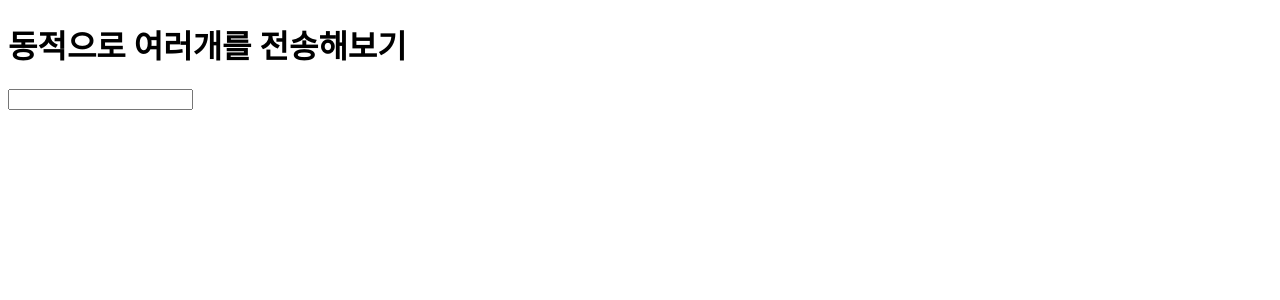
Repository: SanctusAlbino/Jsp_Servlet
Page: http://localhost/04.Implicit/Ex01_Request/Ex02_Request.jsp
These files come from the project's save history. The page is drawn as it stood at one moment and after the next save; the edit follows.
The browser window is 1280 px wide. The pictures show the whole page.
The page is served by Tomcat 9. Other server files are loaded and not shown.

Above is the page before, as saved 2023-05-22 02:37:53.

### 04.Implicit/src/main/webapp/Ex01_Request/Ex02_Request.jsp
<%@ page language="java" contentType="text/html; charset=UTF-8"
    pageEncoding="UTF-8"%>
<!DOCTYPE html>
<html>
<head>
<meta charset="UTF-8">
<title>Insert title here</title>
</head>
<body>
	<h1>동적으로 여러개를 전송해보기</h1>
	<!-- 파라메터를 30개 보낼수 있는 구조를 만들기
		name1.....name30까지를 보낼예정
		요청할 서블릿 Ex02_Request
		Ex02_Request에서는 파라메터 name1~30까지를 쭉 출력하기
		 -->
	<form action="../Ex02_Request">
	<input type="text" name='name1'>
	</form>

</body>
</html>

After the next save:
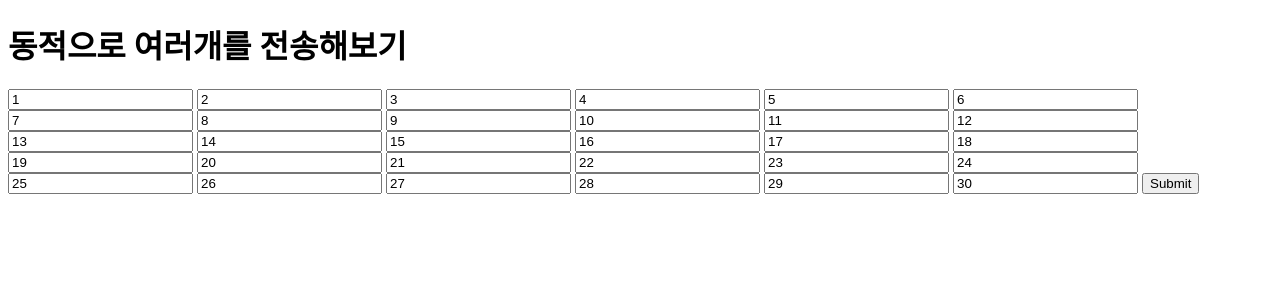
Saved 90 s later.
--- a/04.Implicit/src/main/webapp/Ex01_Request/Ex02_Request.jsp
+++ b/04.Implicit/src/main/webapp/Ex01_Request/Ex02_Request.jsp
@@ -13,8 +13,11 @@
 		요청할 서블릿 Ex02_Request
 		Ex02_Request에서는 파라메터 name1~30까지를 쭉 출력하기
 		 -->
-	<form action="../Ex02_Request">
-	<input type="text" name='name1'>
+	<form action="../Ex02_Request" method="get">
+		<%for(int i = 1 ;  i<=30 ; i ++){ %>
+		<input type="text" name="name<%=i%>" value="<%=i%>">
+		<%} %>
+		<input type="submit">
 	</form>
 
 </body>
